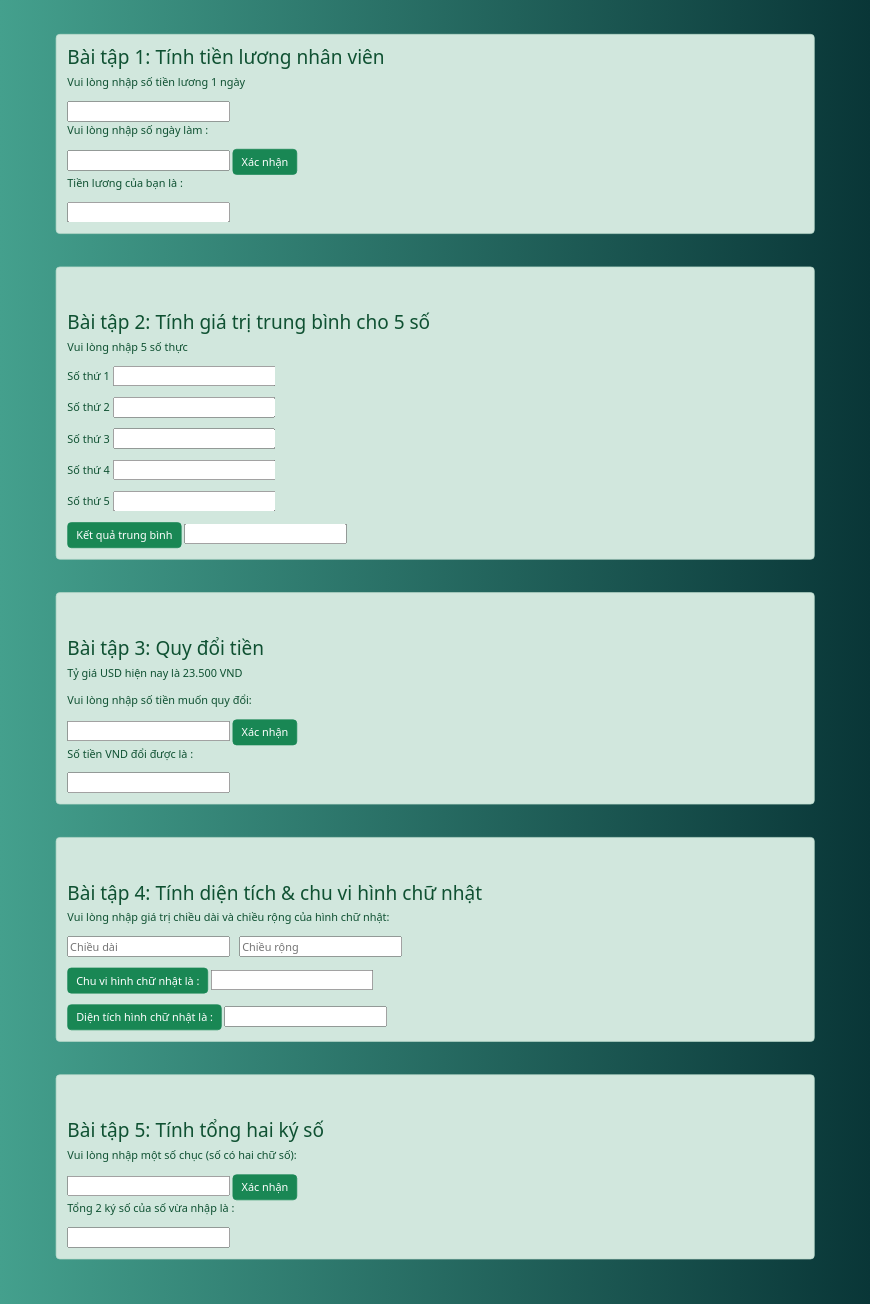
Repository: hcozyph/TranHuuPhuoc_BC43_BT_JS_Buoi2
Page: index.html
These files come from the project's save history. The page is drawn as it stood at one moment and after the next save; the edit follows.
The browser window is 1280 px wide. The pictures show the whole page, at 68% of full size.

Above is the page before, as saved 2023-02-03 20:43:36.

After the next save:
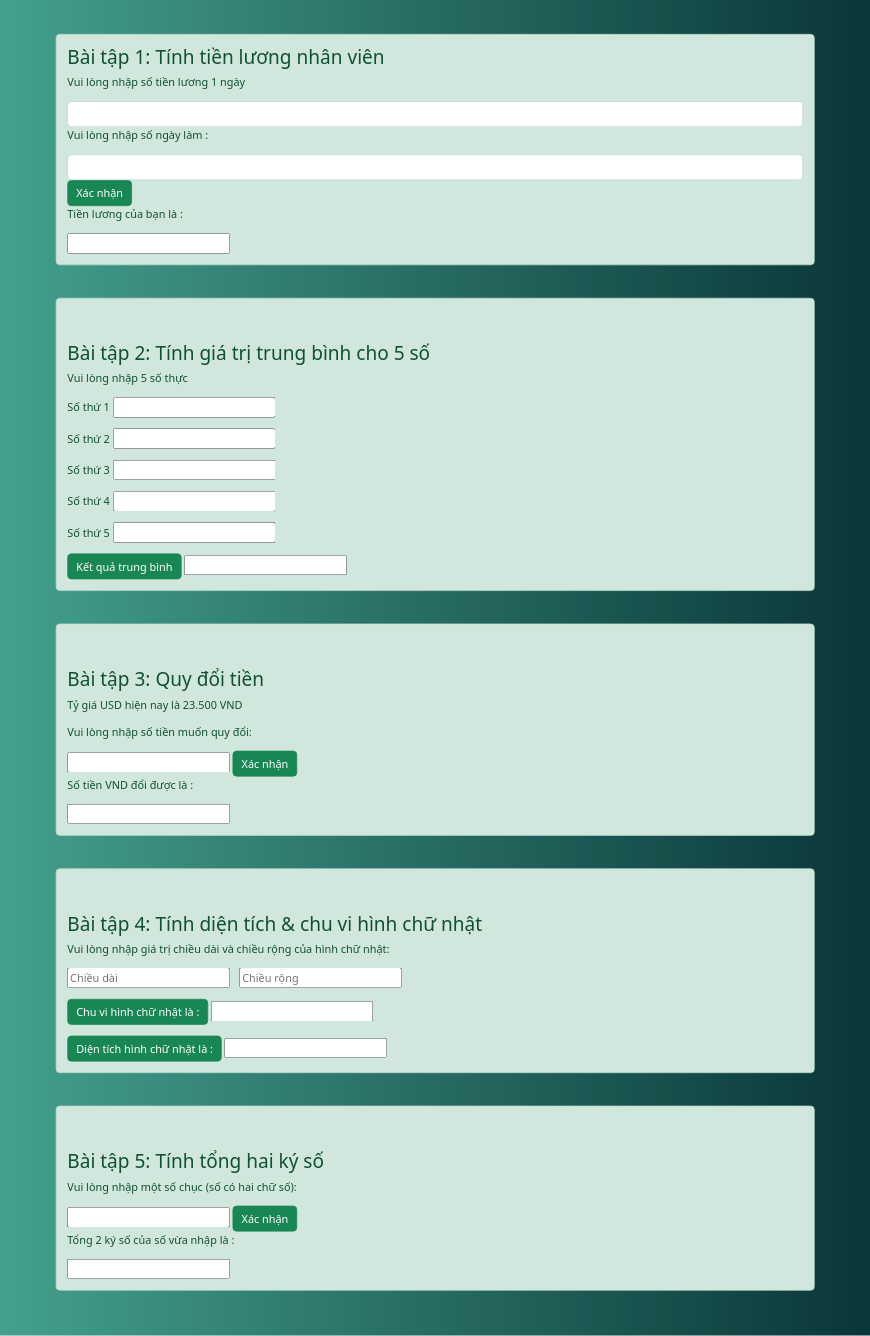
Saved 2 min 35 s later.
--- a/index.html
+++ b/index.html
@@ -51,11 +51,11 @@
                     <!-- <div class="col-4"> -->
                     <p>Vui lòng nhập số tiền lương 1 ngày</p>
 
-                    <input type="text" id="luongMotNgay" />
+                    <input type="text" id="luongMotNgay" class="form-control" />
                     <!-- </div> -->
 
                     <p>Vui lòng nhập số ngày làm :</p>
-                    <input type="number" id="soNgayLam" />
+                    <input type="number" id="soNgayLam" class="form-control" />
                     <button
                         class="btn btn-success"
                         id="btnXacNhan"
